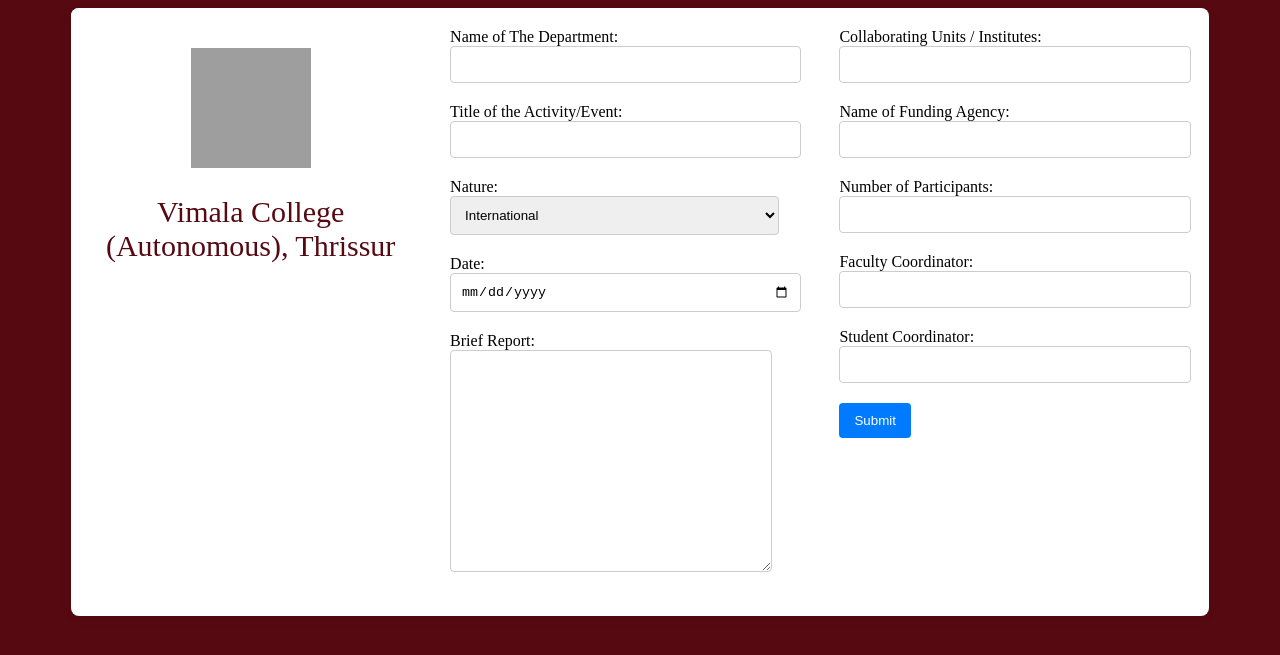
Repository: Rammjay/vimala-activity-report
Page: http://localhost/
These files come from the project's save history. The page is drawn as it stood at one moment and after the next save; the edit follows.
The browser window is 1280 px wide. The pictures show the whole page.
Pictures or frames that could not be fetched are drawn as grey boxes. The page is served by the project's application, run on Django 5.2 (report/manage.py).

Above is the page before, as saved 2024-09-22 14:21:57.

After the next save:
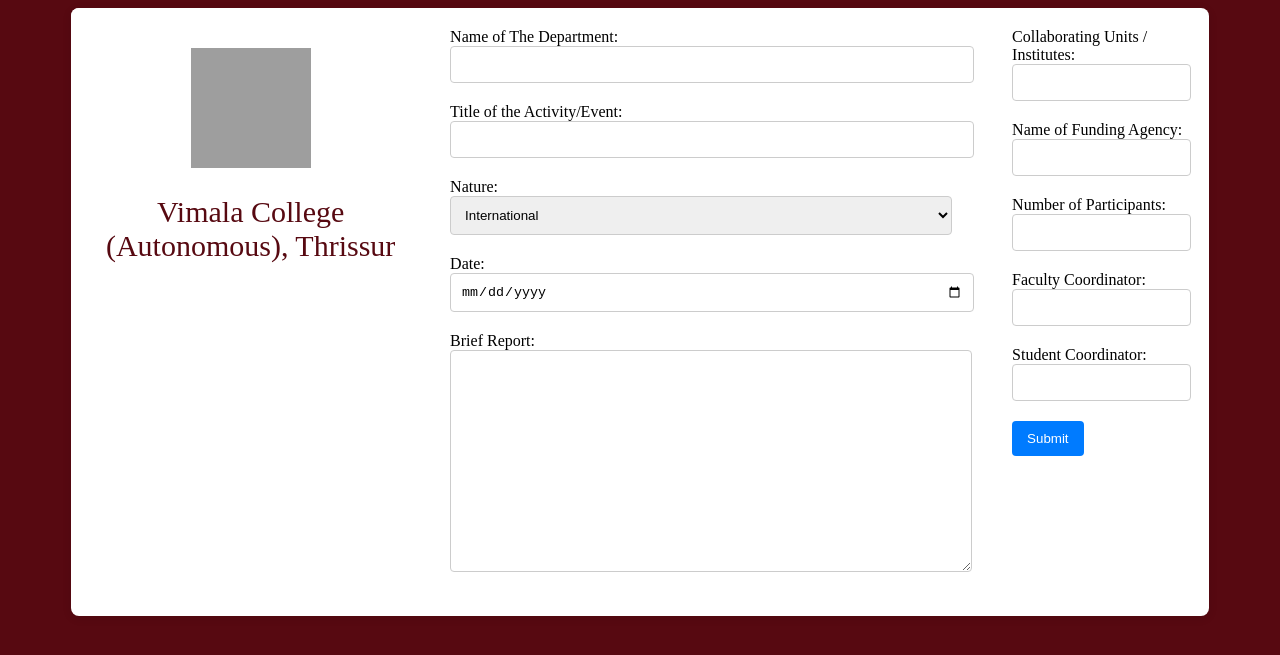
Saved 17 s later.
--- a/vim/report/reports/templates/1.html
+++ b/vim/report/reports/templates/1.html
@@ -109,7 +109,7 @@
                     <input type="date" id="date" name="date" required>
 
                     <label for="br">Brief Report:</label>
-                    <textarea id="br" name="br" style="width: 300px;height: 200px;" required></textarea>
+                    <textarea id="br" name="br" style="width: 500px;height: 200px;" required></textarea>
                 </form>
             </div>
             <div class="side">
